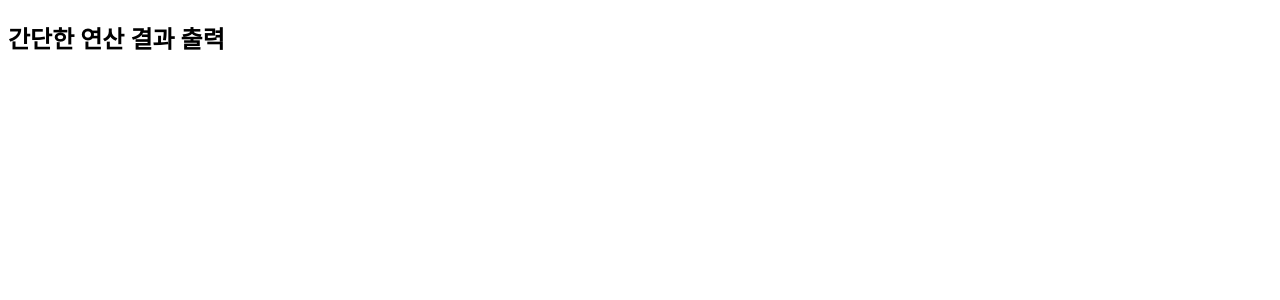
Repository: heyJSH/Study_java_web_sol
Page: http://localhost/jspweb_07/operate.jsp
These files come from the project's save history. The page is drawn as it stood at one moment and after the next save; the edit follows.
The browser window is 1280 px wide. The pictures show the whole page.
The page is served by Tomcat 9. Other server files are loaded and not shown.

Above is the page before, as saved 2024-01-10 07:01:40.

### teacher_lecture/cotogether/workspace_stsb_4_21/jspweb_07/src/main/webapp/operate.jsp
<%@ page language="java" contentType="text/html; charset=UTF-8"
    pageEncoding="UTF-8"%>
<!DOCTYPE html>
<html>
<head>
<meta charset="UTF-8">
<title>Insert title here</title>
</head>
<body>
	<h2>간단한 연산 결과 출력</h2>

	<!-- 자바코드 -->
	<%
		int num1 = 32;
		int num2 = 16;

		 // 더하기, 빼기, 곱하기, 나누기 수행
        double sum = num1 + num2;
        double difference = num1 - num2;
        double product = num1 * num2;
        double quotient = (num2 != 0) ? num1 / num2 : Double.POSITIVE_INFINITY;

	%>

</body>
</html>

After the next save:
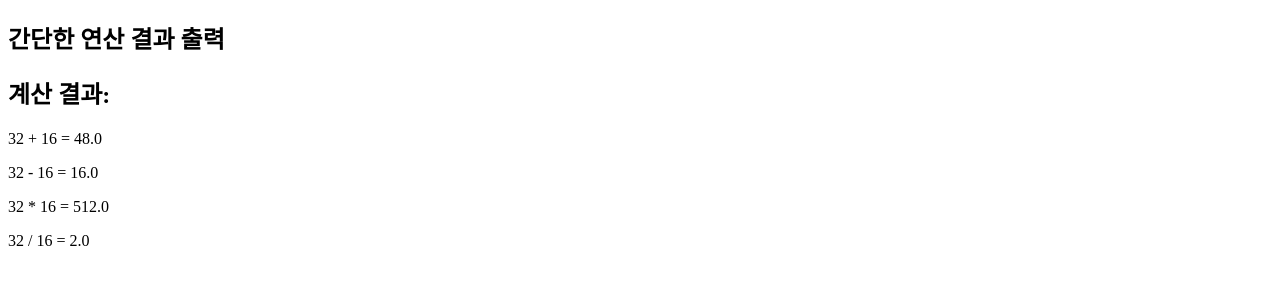
Saved 2 min 31 s later.
--- a/teacher_lecture/cotogether/workspace_stsb_4_21/jspweb_07/src/main/webapp/operate.jsp
+++ b/teacher_lecture/cotogether/workspace_stsb_4_21/jspweb_07/src/main/webapp/operate.jsp
@@ -22,5 +22,11 @@
 
 	%>
 
+	<h2>계산 결과:</h2>
+    <p><%= num1 %> + <%= num2 %> = <%= sum %></p>
+    <p><%= num1 %> - <%= num2 %> = <%= difference %></p>
+    <p><%= num1 %> * <%= num2 %> = <%= product %></p>
+    <p><%= num1 %> / <%= num2 %> = <%= quotient %></p>
+
 </body>
 </html>
